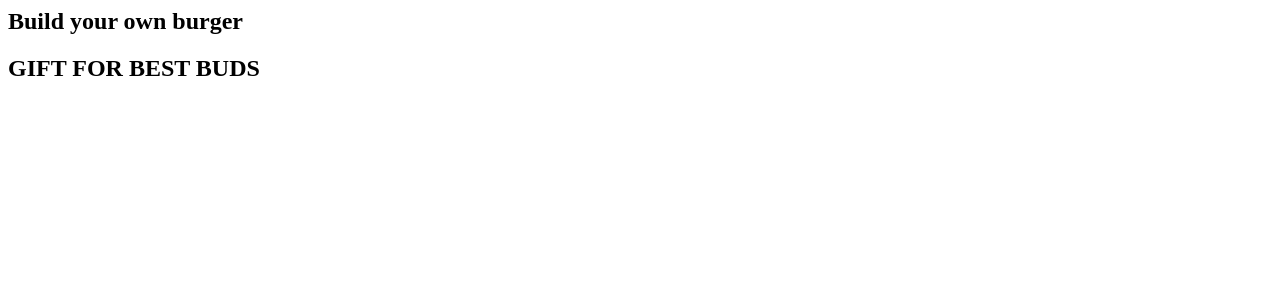
Repository: allankchow/big-boy-burgers
Page: http://localhost/template-parts/home/content-two_cards.php
The author's editor kept a copy of each file at every save. The page is drawn from the files as they stood at one save, then again after the next save.
The browser window is 1280 px wide. The pictures show the whole page.
The page is run by PHP 8.4 with error messages shown; the project is at /var/www/html/.

Above is the page before, as saved 2024-04-22 22:11:00.

After the next save:
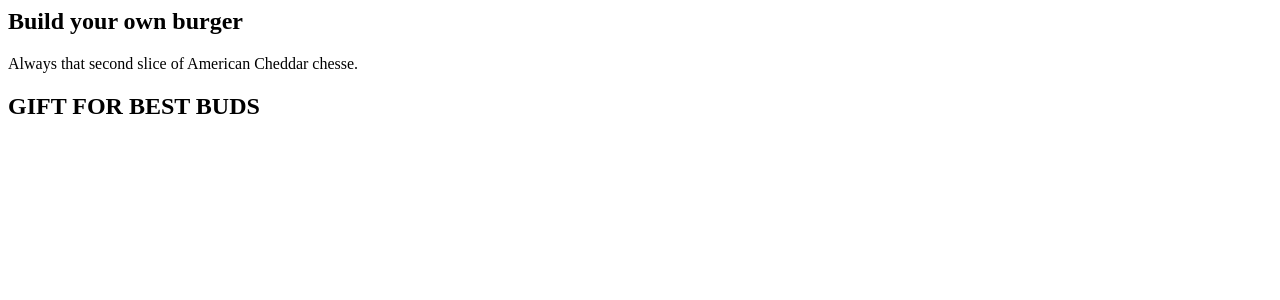
Saved 31 s later.
--- a/template-parts/home/content-two_cards.php
+++ b/template-parts/home/content-two_cards.php
@@ -3,14 +3,14 @@
         <div class="card-image card-image-1"></div>
         <div class="card-content">
             <h2>Build your own burger</h2>
-
+            <p>Always that second slice of American Cheddar chesse.</p>
         </div>
     </div>
     <div class="card">
         <div class="card-image card-image-2"></div>
         <div class="card-content">
             <h2>GIFT FOR BEST BUDS</h2>
-
+            <p></p>
         </div>
 
     </div>
